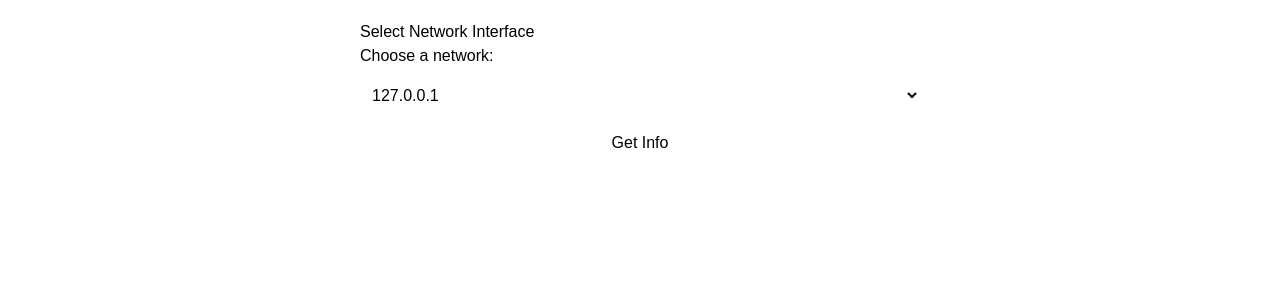
Repository: khulqu15/rov.commander
Page: http://localhost/planner/
These files come from the project's save history. The page is drawn as it stood at one moment and after the next save; the edit follows.
The browser window is 1280 px wide. The pictures show the whole page.
The page is served by the project's application, run on Django 5.2 (manage.py). Other server files are loaded and not shown.

Above is the page before, as saved 2025-02-06 20:54:09.

### templates/index.html
<!DOCTYPE html>
<html lang="en">
<head>
    <meta charset="UTF-8">
    <meta name="viewport" content="width=device-width, initial-scale=1.0">
    <script src="https://unpkg.com/@tailwindcss/browser@4"></script>
    <title>Select Network</title>
    <style>
        body {
            font-family: Arial, sans-serif;
            padding: 20px;
            max-width: 600px;
            margin: auto;
        }
        select, button {
            margin-top: 10px;
            padding: 8px;
            width: 100%;
        }
        .result {
            margin-top: 20px;
            padding: 10px;
            border: 1px solid #ddd;
            background: #f9f9f9;
        }
    </style>
</head>
<body>

    <h2>Select Network Interface</h2>

    <form method="GET">
        <label for="interface">Choose a network:</label>
        <select name="interface" id="interface">
            {% for interface in interfaces %}
                <option value="{{ interface }}" {% if interface == selected_interface %}selected{% endif %}>{{ interface }}</option>
            {% endfor %}
        </select>
        <button type="submit">Get Info</button>
    </form>

    {% if selected_interface %}
        <div class="result">
            <h3>Selected Network: {{ selected_interface }}</h3>
            <h4>TCP/IP Addresses:</h4>
            <ul>
                {% for ip in tcpIp %}
                    <li>{{ ip }}</li>
                {% endfor %}
            </ul>
            <h4>COM Ports:</h4>
            <ul>
                {% for port in comPorts %}
                    <li>{{ port.device }} - {{ port.description }}</li>
                {% endfor %}
            </ul>
        </div>
    {% endif %}

</body>
</html>

### network/views.py
import socket
import serial.tools.list_ports
from rest_framework.response import Response
from rest_framework.decorators import api_view
from django.shortcuts import render
from django.http import JsonResponse

serial_connection = False

def get_network_interfaces():
    """Mendapatkan daftar interface jaringan yang tersedia"""
    interfaces = set()
    host_name = socket.gethostname()
    for ip in socket.getaddrinfo(host_name, None):
        interfaces.add(ip[4][0])
    return list(interfaces)

@api_view(["GET"])
def get_network_info(request):
    interfaces = get_network_interfaces()
    selected_interface = request.GET.get("interface", None)

    ip_list = []
    com_ports = []

    if selected_interface:
        ip_list = [ip for ip in interfaces if ip == selected_interface]

        ports = list(serial.tools.list_ports.comports())
        com_ports = [{"device": port.device, "description": port.description} for port in ports]

    return render(request, "index.html", {
        "interfaces": interfaces,
        "selected_interface": selected_interface,
        "tcpIp": ip_list,
        "comPorts": com_ports
    })

@api_view(["POST"])
def connect_device(request):
    global serial_connection
    port_name = request.POST.get("port")
    baud_rate = request.POST.get("baud", 9600)
    if not port_name:
        return JsonResponse({"error": "No COM Selected"})
    try:
        serial_connection = serial.Serial(port_name, baudrate=int(baud_rate), timeout=1)
        return("/planner")
    except Exception as e:
        return JsonResponse({"error": str(e)}, status=500)

### missionCore/urls.py
"""
URL configuration for missionCore project.

The `urlpatterns` list routes URLs to views. For more information please see:
    https://docs.djangoproject.com/en/5.1/topics/http/urls/
Examples:
Function views
    1. Add an import:  from my_app import views
    2. Add a URL to urlpatterns:  path('', views.home, name='home')
Class-based views
    1. Add an import:  from other_app.views import Home
    2. Add a URL to urlpatterns:  path('', Home.as_view(), name='home')
Including another URLconf
    1. Import the include() function: from django.urls import include, path
    2. Add a URL to urlpatterns:  path('blog/', include('blog.urls'))
"""
from django.contrib import admin
from django.urls import path, include

urlpatterns = [
    path('admin/', admin.site.urls),
    path('', include('network.urls'))
]

### network/urls.py
from django.urls import path
from .views import get_network_info

urlpatterns = [
    path('planner/', get_network_info, name='planner'),
]

After the next save:
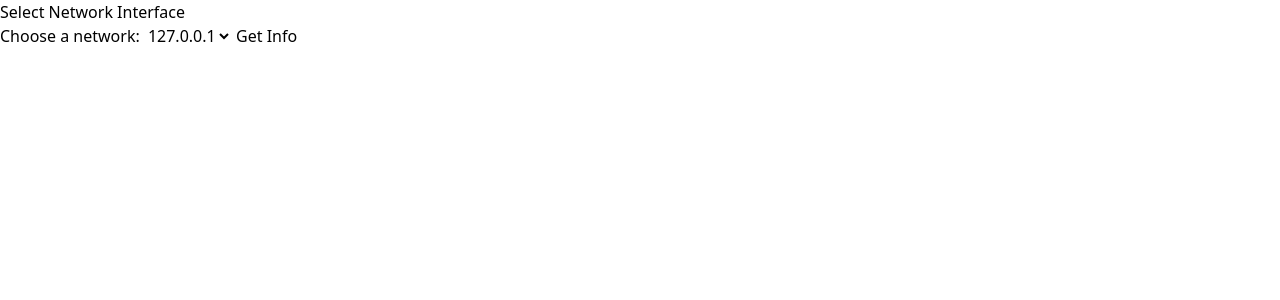
Saved 108 s later.
--- a/templates/index.html
+++ b/templates/index.html
@@ -5,25 +5,6 @@
     <meta name="viewport" content="width=device-width, initial-scale=1.0">
     <script src="https://unpkg.com/@tailwindcss/browser@4"></script>
     <title>Select Network</title>
-    <style>
-        body {
-            font-family: Arial, sans-serif;
-            padding: 20px;
-            max-width: 600px;
-            margin: auto;
-        }
-        select, button {
-            margin-top: 10px;
-            padding: 8px;
-            width: 100%;
-        }
-        .result {
-            margin-top: 20px;
-            padding: 10px;
-            border: 1px solid #ddd;
-            background: #f9f9f9;
-        }
-    </style>
 </head>
 <body>
 
